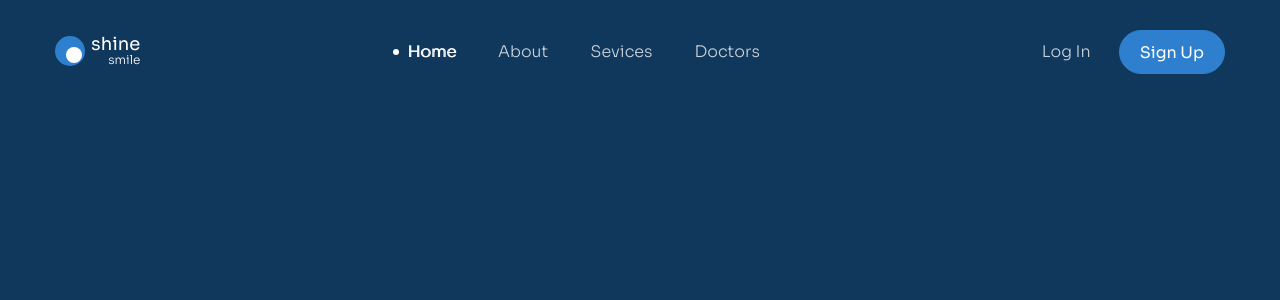
Repository: trungnguyen131/project-03
Page: index.html
These files come from the project's save history. The page is drawn as it stood at one moment and after the next save; the edit follows.
The browser window is 1280 px wide. The pictures show the whole page.

Above is the page before, as saved 2024-03-31 16:35:57.

### index.html
<!DOCTYPE html>
<html lang="en">
<head>
    <meta charset="UTF-8">
    <meta name="viewport" content="width=device-width, initial-scale=1.0">
    <title>Shine Smile</title>

    <!-- Embed fonts -->
    <link rel="preconnect" href="https://fonts.googleapis.com">
    <link rel="preconnect" href="https://fonts.gstatic.com" crossorigin>
    <link href="https://fonts.googleapis.com/css2?family=Sora:wght@100..800&display=swap" rel="stylesheet">

    <!-- favicon -->
    <link rel="apple-touch-icon" sizes="57x57" href="./assets/favicon/apple-icon-57x57.png">
    <link rel="apple-touch-icon" sizes="60x60" href="./assets/favicon/apple-icon-60x60.png">
    <link rel="apple-touch-icon" sizes="72x72" href="./assets/favicon/apple-icon-72x72.png">
    <link rel="apple-touch-icon" sizes="76x76" href="./assets/favicon/apple-icon-76x76.png">
    <link rel="apple-touch-icon" sizes="114x114" href="./assets/favicon/apple-icon-114x114.png">
    <link rel="apple-touch-icon" sizes="120x120" href="./assets/favicon/apple-icon-120x120.png">
    <link rel="apple-touch-icon" sizes="144x144" href="./assets/favicon/apple-icon-144x144.png">
    <link rel="apple-touch-icon" sizes="152x152" href="./assets/favicon/apple-icon-152x152.png">
    <link rel="apple-touch-icon" sizes="180x180" href="./assets/favicon/apple-icon-180x180.png">
    <link rel="icon" type="image/png" sizes="192x192"  href="./assets/favicon/android-icon-192x192.png">
    <link rel="icon" type="image/png" sizes="32x32" href="./assets/favicon/favicon-32x32.png">
    <link rel="icon" type="image/png" sizes="96x96" href="./assets/favicon/favicon-96x96.png">
    <link rel="icon" type="image/png" sizes="16x16" href="./assets/favicon/favicon-16x16.png">
    <link rel="manifest" href="./assets/favicon/manifest.json">
    <meta name="msapplication-TileColor" content="#ffffff">
    <meta name="msapplication-TileImage" content="./assets/favicon/ms-icon-144x144.png">
    <meta name="theme-color" content="#ffffff">

    <!-- reset css -->
    <link rel="stylesheet" href="./assets/css/reset.css">

    <!-- Styles css -->
    <link rel="stylesheet" href="./assets/css/style.css">

</head>
<body>
    <header class="header">
        <div class="container">
            <!-- Header top -->
            <div class="header-top">
                <!-- Logo -->
                <a  href="/">
                    <div class="logo">
                        <span class="logo__circle"></span>
                        <span class="logo__text">
                            <span class="logo__branch">shine</span>
                            <span class="logo__branch logo__branch--small">smile</span>
                        </span>
                    </div>
                </a>

                <!-- Navbar -->
                <nav class="navbar">
                    <ul class="navbar__list">
                        <li class="navbar__item ">
                            <a href="#!" class="navbar__link navbar__item--active">Home</a>
                        </li>
                        <li class="navbar__item">
                            <a href="#!" class="navbar__link">About</a>
                        </li>
                        <li class="navbar__item">
                            <a href="#!" class="navbar__link">Sevices</a>
                        </li>
                        <li class="navbar__item">
                            <a href="#!" class="navbar__link">Doctors</a>
                        </li>
                    </ul>
                </nav>

                <!-- Action -->
                <div class="header-action">
                    <a href="#!" class="header-action__login ">Log In</a>
                    <a href="#!" class="btn header-action__signup">Sign Up</a>
                </div>

            </div>
            <!-- Hero -->
            <section class="hero">
                <!-- Hero content -->
                <section class="hero_content">
                    <h1></h1>
                </section>
                <!-- Hero media -->
                <div class="hero_media">
                    <figure class="hero_images">
                        <img src="" alt="" class="hero_img">
                        <img src="" alt="" class="hero_img">
                    </figure>
                </div>
            </section>
        </div>
    </header>
</body>
</html>

### assets/css/style.css
* {
    box-sizing: border-box;
}

:root {
    --header-bg: #10375C;
}

html {
    font-size: 62.5%;
}

body {
    font-size: 1.6rem;
    font-family: "Sora", sans-serif;
}

/* common */

a {
    text-decoration: none;
}
.container {
    width: 1170px;
    max-width: calc(100% - 48px);
    margin: 0 auto;
}

.btn {
    --height: 60px;
    color:#fff;
    background:#2E80CE ;
    height: var(--height);
    padding: 0 20px;
    display: inline-block;
    line-height: var(--height);
    border-radius: 99px;
    min-width: 205px;
    text-align: center;
    font-size: 1.6rem;
    font-weight: 400;
    border: 1px solid #2E80CE;
}

.btn:hover {
    opacity: 0.9;
    cursor: pointer;
}

/* Header */
.header {
    min-height: 100vh;
    padding-top: 30px;
    background:var(--header-bg);
}

.logo {
    font-size: 1rem;
    position: relative;
    display: inline-flex;
}

.logo__circle::before,
.logo__circle::after {
    content: " ";
    display: inline-block;
    border-radius: 50%;
}

.logo__circle::before {
    width: 3em;
    height: 3em;
    background-color: #2E80CE;
}

.logo__circle::after {
    position: absolute;
    top: 1.1em;
    left: 1.1em;
    width: 1.6em;
    height: 1.6em;
    background-color: #ffffff;
}

.logo__text {
    margin-left: 0.6em;
    text-align: right;
    line-height: 1.6em;
}

.logo__branch {
    font-size: 1.8em;
    font-weight: 400;
    color:#fff;
    display: block;
}

.logo__branch--small {
    font-size: 1.2em;
    font-weight: 300;
}

/* Header top */
.header-top {
    display: flex;
    align-items: center;
    justify-content: space-between;
}

.navbar__list {
    display: flex;
}
.header-action__login,
.navbar__link {
    padding:4px 21px;
    color:#C9D2DA;
    font-size: 1.6rem;
    font-weight: 300;
}
.navbar__link:hover,
.navbar__item--active {
    color:#fff;
    text-shadow: 1px 0 0 currentColor;
}

.navbar__item--active::before {
    position: relative;
    top:-2px;
    left: -8px;
    content: " ";
    display: inline-block;
    width: 6px;
    height: 6px;
    border-radius: 50%;
    background-color: #fff;
}

.header-action {
    display: flex;
    align-items: center;
}

.header-action__login {
    margin-right: 7px;
}

.header-action__signup {
    --height: 44px;
    min-width: 104px;
}

Loaded but not shown: assets/css/reset.css (common file)

After the next save:
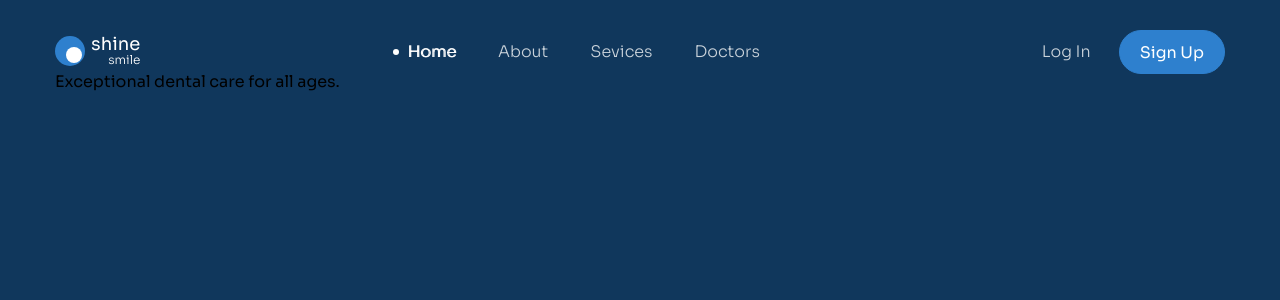
Saved 10 s later.
--- a/index.html
+++ b/index.html
@@ -81,7 +81,7 @@
             <section class="hero">
                 <!-- Hero content -->
                 <section class="hero_content">
-                    <h1></h1>
+                    <h1>Exceptional dental care for all ages.</h1>
                 </section>
                 <!-- Hero media -->
                 <div class="hero_media">
